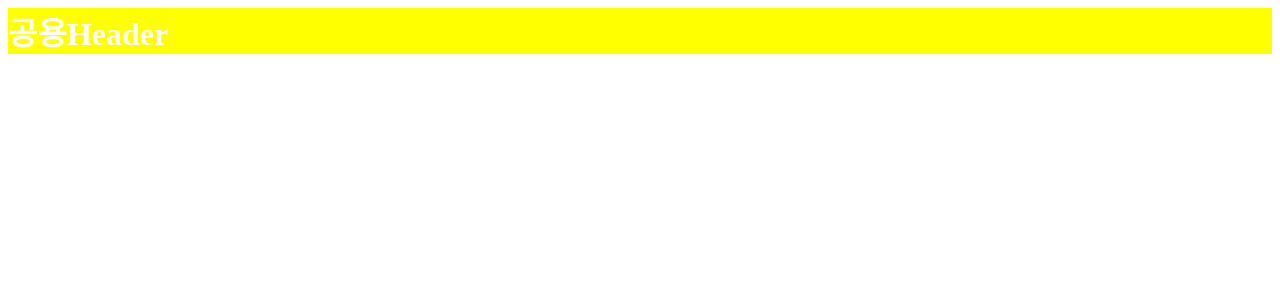
Repository: DuhanMo/servlet-jsp-practice
Page: http://localhost/jspProject/views/common/header.jsp
An editor plug-in stored every save of this project. The page is shown before and after the next save, followed by the edit.
The browser window is 1280 px wide. The pictures show the whole page.
The page is served by Tomcat 9.

Above is the page before, as saved 2020-08-14 09:13:05.

After the next save:
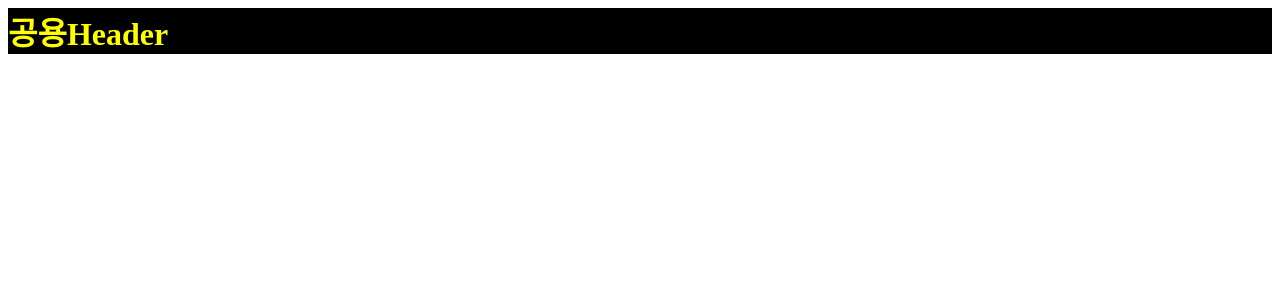
Saved 16 s later.
--- a/jspProject/WebContent/views/common/header.jsp
+++ b/jspProject/WebContent/views/common/header.jsp
@@ -1,3 +1,3 @@
 <%@ page language="java" contentType="text/html; charset=UTF-8"
 	pageEncoding="UTF-8"%>
-<header style="background: yellow; color: white;"><h1>공용Header</h1></header>
+<header style="background: black; color: yellow;"><h1>공용Header</h1></header>
